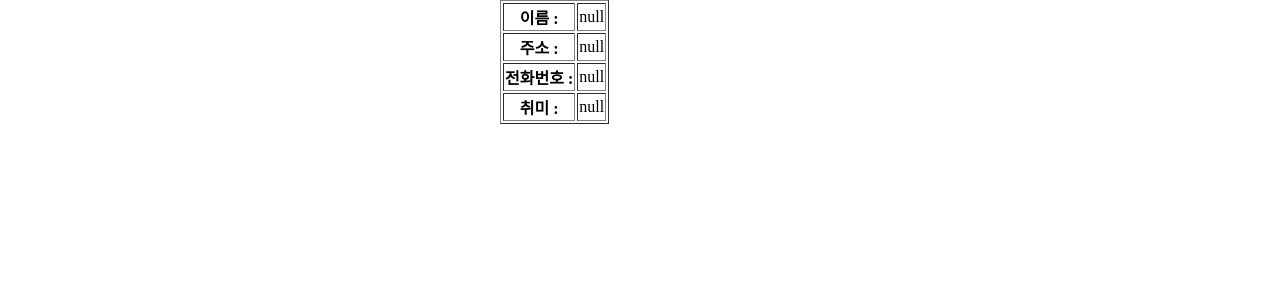
Repository: nameisris/jsp_workspace
Page: http://localhost/JspProject/memRegSuccess.jsp
An editor plug-in stored every save of this project. The page is shown before and after the next save, followed by the edit.
The browser window is 1280 px wide. The pictures show the whole page.
The page is served by Tomcat 9.

Above is the page before, as saved 2023-09-19 05:32:43.

After the next save:
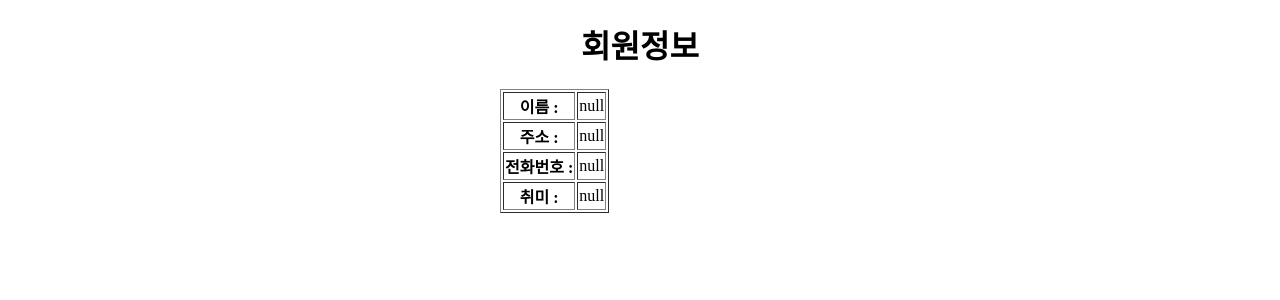
Saved 49 s later.
--- a/JspProject/src/main/webapp/memRegSuccess.jsp
+++ b/JspProject/src/main/webapp/memRegSuccess.jsp
@@ -16,6 +16,7 @@
 </head>
 <body>
 <div>
+	<h1>회원정보</h1>
 	<table border="1">
 		<tr><th>이름 : </th><td><%=request.getParameter("name") %></td></tr>
 		<tr><th>주소 : </th><td><%=request.getParameter("address") %></td></tr>
